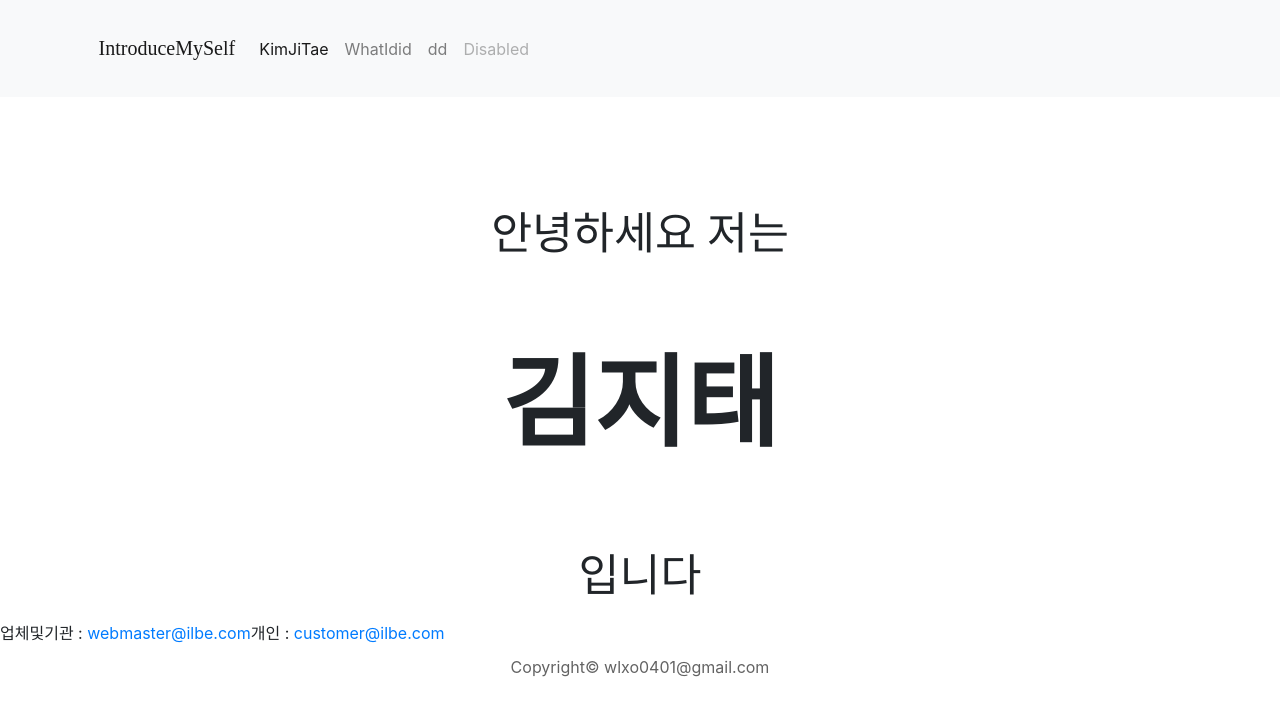
Repository: wlxo0401/IntroduveMySelf
Page: IntroduceMySelf/WebContent/Index.html
These files come from the project's save history. The page is drawn as it stood at one moment and after a run of saves; the edit follows.
The browser window is 1280 px wide. The pictures show the whole page.

Above is the page before, as saved 2020-03-11 06:28:52.

### IntroduceMySelf/WebContent/Index.html
<!DOCTYPE html>
<html>
  <head>
    <!-- Required meta tags -->
    <meta charset="utf-8">
    <meta name="viewport" content="width=device-width, initial-scale=1, shrink-to-fit=no">

    <!-- Bootstrap CSS -->
    <link rel="stylesheet" href="https://stackpath.bootstrapcdn.com/bootstrap/4.4.1/css/bootstrap.min.css" integrity="sha384-Vkoo8x4CGsO3+Hhxv8T/Q5PaXtkKtu6ug5TOeNV6gBiFeWPGFN9MuhOf23Q9Ifjh" crossorigin="anonymous">

    <title>Hello, world!</title>
    <link rel = "stylesheet" href = "style.css">
  </head>
<body>

<div id = "wrap">
	<!-- header -->
	<div id = "header">
		<nav class="navbar navbar-expand-lg navbar-light bg-light nav-distance">
			<a class="navbar-brand" href="https://pensive-heyrovsky-621c38.netlify.com/#">IntroduceMySelf</a>
		  	<button class="navbar-toggler" type="button" data-toggle="collapse" data-target="#navbarNav" aria-controls="navbarNav" aria-expanded="false" aria-label="Toggle navigation">
		    	<span class="navbar-toggler-icon"></span>
		  	</button>
		  	<div class="collapse navbar-collapse" id="navbarNav">
		    	<ul class="navbar-nav">
		      		<li class="nav-item active">
		        		<a class="nav-link" href="#">KimJiTae <span class="sr-only">(current)</span></a>
		      		</li>
		      		<li class="nav-item">
		        		<a class="nav-link" href="#">WhatIdid</a>
		      		</li>
		      		<li class="nav-item">
		        		<a class="nav-link" href="#">dd</a>
		      		</li>
		      		<li class="nav-item">
		        		<a class="nav-link disabled" href="#" tabindex="-1" aria-disabled="true">Disabled</a>
		      		</li>
		    	</ul>
			</div>
		</nav>
	</div>
	<!-- //header -->
	<!-- container -->
	<div class = "container">
		<!-- <img src="img/kimjitae1.jpg" id="bg" alt=""> -->
		<h1 class = "maintitle2">안녕하세요 저는</h2>
		<h1 class = "maintitle1">김지태</h1>
		<h1 class = "maintitle2">입니다</h2>
	</div>
	<!-- //container -->
	<!-- footer -->
	<div id = "footer">
		<div class="address">업체및기관 : <a href="mainto:webmaster@ilbe.com">webmaster@ilbe.com</a><span class="bar"></span>개인 : <a href="mainto:customer@ilbe.com">customer@ilbe.com</a></div>
		<div class="copyright">Copyright© wlxo0401@gmail.com</div>
	</div>
	<!-- //footer -->
</div>
<!-- Optional JavaScript -->
<!-- jQuery first, then Popper.js, then Bootstrap JS -->
<script src="https://code.jquery.com/jquery-3.4.1.slim.min.js" integrity="sha384-J6qa4849blE2+poT4WnyKhv5vZF5SrPo0iEjwBvKU7imGFAV0wwj1yYfoRSJoZ+n" crossorigin="anonymous"></script>
<script src="https://cdn.jsdelivr.net/npm/popper.js@1.16.0/dist/umd/popper.min.js" integrity="sha384-Q6E9RHvbIyZFJoft+2mJbHaEWldlvI9IOYy5n3zV9zzTtmI3UksdQRVvoxMfooAo" crossorigin="anonymous"></script>
<script src="https://stackpath.bootstrapcdn.com/bootstrap/4.4.1/js/bootstrap.min.js" integrity="sha384-wfSDF2E50Y2D1uUdj0O3uMBJnjuUD4Ih7YwaYd1iqfktj0Uod8GCExl3Og8ifwB6" crossorigin="anonymous"></script>
</body>
</html>

### IntroduceMySelf/WebContent/style.css
body{
	margin: 0;
	padding: 0;
}

#bg {
  position: fixed;
  top: 0;
  left: 0;

  /* Preserve aspet ratio */
  min-width: 100%;
  min-height: 100%;
}

.container{
	margin-top: 100px;
}

.maintitle1{
	font-family: NanumSquareR;
	font-size: 100px;
	line-height: 1.67;
	text-transform: uppercase;
	font-weight: 900;
	text-align: center;
	color: #354655d;
	margin-top: 50px;
	margin-bottom: 50px;
}


.maintitle2{
	text-transform: uppercase;
	font-family: NanumSquareR;
	font-size: 44.5px;
	line-height: 1.67;
	text-align: center;
	color: #354655d;
}


.nav-distance{
	padding: 2.1% 7.7%
}

.navbar-brand{
	font-family: NanumSquareR;
	line-height: 1.68;
	text-align: left;
	color: #35465d;
}


/* On screens that are 600px or less, set the background color to olive */
@media screen and (max-width: 600px) {
  html {
    font-size: 10px;
  }
  .navbar-brand{
  	font-size: 4rem;
  }
}
.footer-intro {
    text-align: center;
    margin-top: 10px;
    line-height: 14px;
    color: #636363;
}

.copyright {
    margin-top: 10px;
    text-align: center;
    color: #636363;
}

After the next 2 saves:
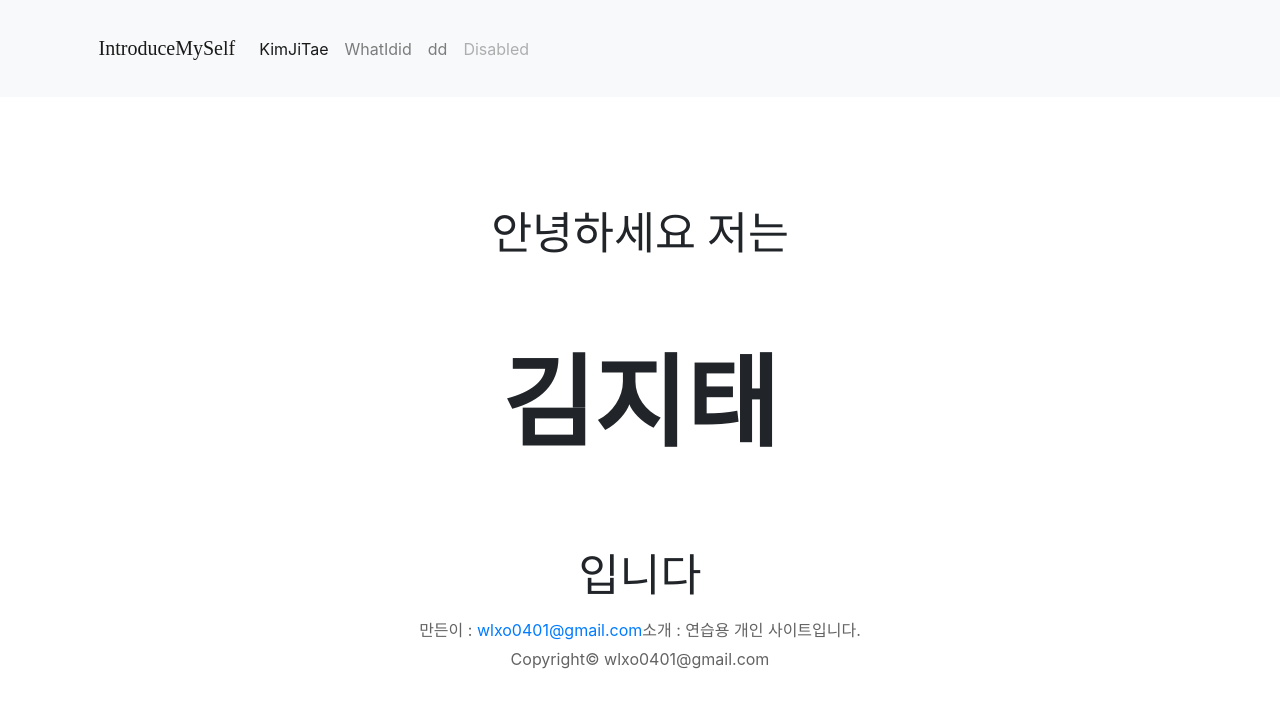
The 2 saves are shown as one change because they came seconds apart.
The last was saved 25 s later.
--- a/IntroduceMySelf/WebContent/Index.html
+++ b/IntroduceMySelf/WebContent/Index.html
@@ -50,7 +50,7 @@
 	<!-- //container -->
 	<!-- footer -->
 	<div id = "footer">
-		<div class="address">업체및기관 : <a href="mainto:webmaster@ilbe.com">webmaster@ilbe.com</a><span class="bar"></span>개인 : <a href="mainto:customer@ilbe.com">customer@ilbe.com</a></div>
+		<div class="footer-intro">만든이 : <a href="wlxo0401@gmail.com">wlxo0401@gmail.com</a><span class="bar"></span>소개 : 연습용 개인 사이트입니다.</div>
 		<div class="copyright">Copyright© wlxo0401@gmail.com</div>
 	</div>
 	<!-- //footer -->
